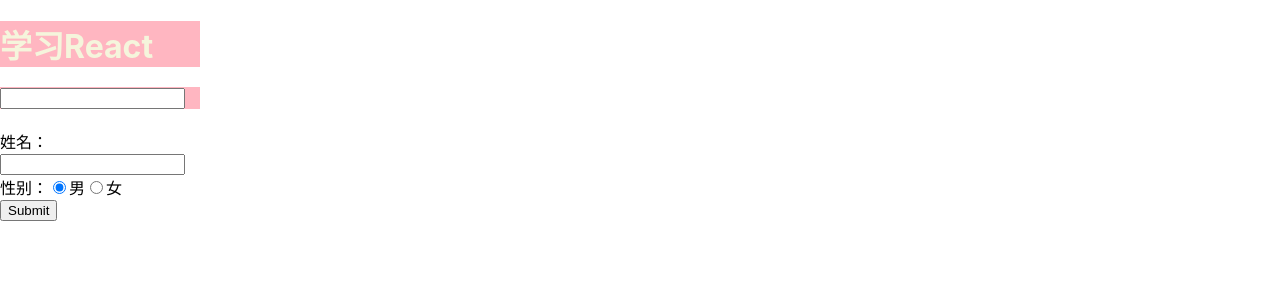
Repository: zhenzhen-gong/react-learning
Page: /user
The author's editor kept a copy of each file at every save. The page is drawn from the files as they stood at one save, then again after the next save.
The browser window is 1280 px wide. The pictures show the whole page.
The project was rebuilt for these pictures with package versions that can differ from the ones it lists, and the page was loaded fresh each time.

Above is the page before, as saved 2021-04-16 14:48:31.

After the next save:
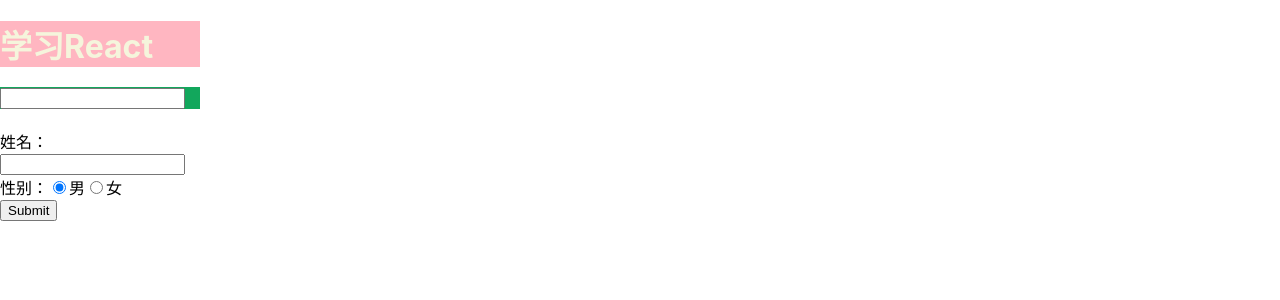
Saved 22 s later.
--- a/src/App.css
+++ b/src/App.css
@@ -6,6 +6,6 @@ h1 {
   margin-bottom:  20px;
 }
 .input-test {
-  background-color: lightpink;
+  background-color: rgb(18, 167, 92);
   margin-bottom:  20px;
 }
